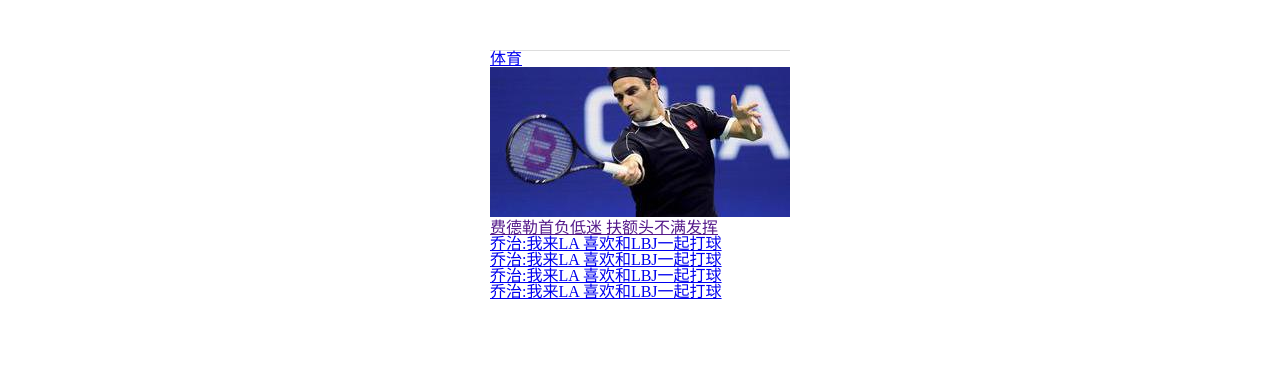
Repository: Romic77/css-test
Page: exercise/03_网易新闻的右侧列表.html
These files come from the project's save history. The page is drawn as it stood at one moment and after the next save; the edit follows.
The browser window is 1280 px wide. The pictures show the whole page.

Above is the page before, as saved 2022-09-03 15:43:23.

### exercise/03_网易新闻的右侧列表.html
<!DOCTYPE html>
<html lang="en">

<head>
    <meta charset="UTF-8">
    <meta http-equiv="X-UA-Compatible" content="IE=edge">
    <meta name="viewport" content="width=device-width, initial-scale=1.0">
    <title>Document</title>
    <link rel="stylesheet" href="./css/reset.css">
    <style>
        .news-wrapper {
            width: 300px;
            height: 358px;
            margin: 50px auto;

            /* 设置上边框 */
            border-top: 1px solid #ddd;
        }
    </style>
</head>

<body>
    <div class="news-wrapper">
        <h2 class="news-title">
            <a href="#">体育</a>
        </h2>

        <div class="news-img">
            <a href="">
                <img src="./img/03/1.jpeg" alt="">

                <h2>费德勒首负低迷 扶额头不满发挥 </h2>
            </a>
        </div>

        <ul class="news-list">
            <li><a href="#">乔治:我来LA 喜欢和LBJ一起打球</a></li>
            <li><a href="#">乔治:我来LA 喜欢和LBJ一起打球</a></li>
            <li><a href="#">乔治:我来LA 喜欢和LBJ一起打球</a></li>
            <li><a href="#">乔治:我来LA 喜欢和LBJ一起打球</a></li>
        </ul>

    </div>
</body>

</html>

Loaded but not shown: exercise/css/reset.css (common file)

After the next save:
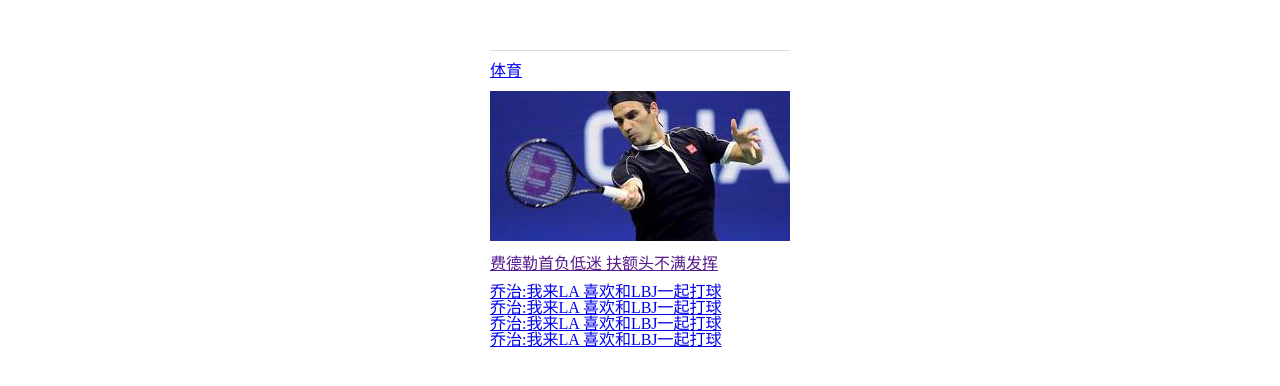
Saved 71 s later.
--- a/exercise/03_网易新闻的右侧列表.html
+++ b/exercise/03_网易新闻的右侧列表.html
@@ -15,6 +15,11 @@
 
             /* 设置上边框 */
             border-top: 1px solid #ddd;
+        }
+
+        .news-wrapper h2 {
+            height: 40px;
+            line-height: 40px;
         }
     </style>
 </head>
